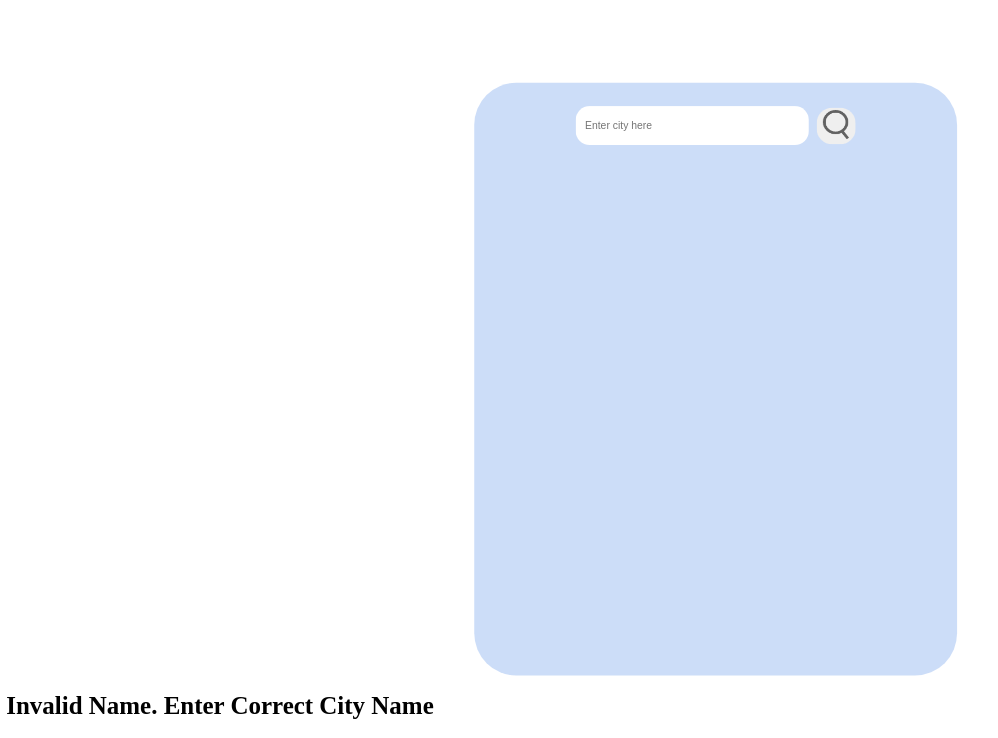
Repository: WajihaGul/Javascripts-Projects
Page: WEATHER APP/index.html
These files come from the project's save history. The page is drawn as it stood at one moment and after the next save; the edit follows.
The browser window is 1280 px wide. The pictures show the whole page, at 78% of full size.

Above is the page before, as saved 2024-06-07 20:33:14.

After the next save:
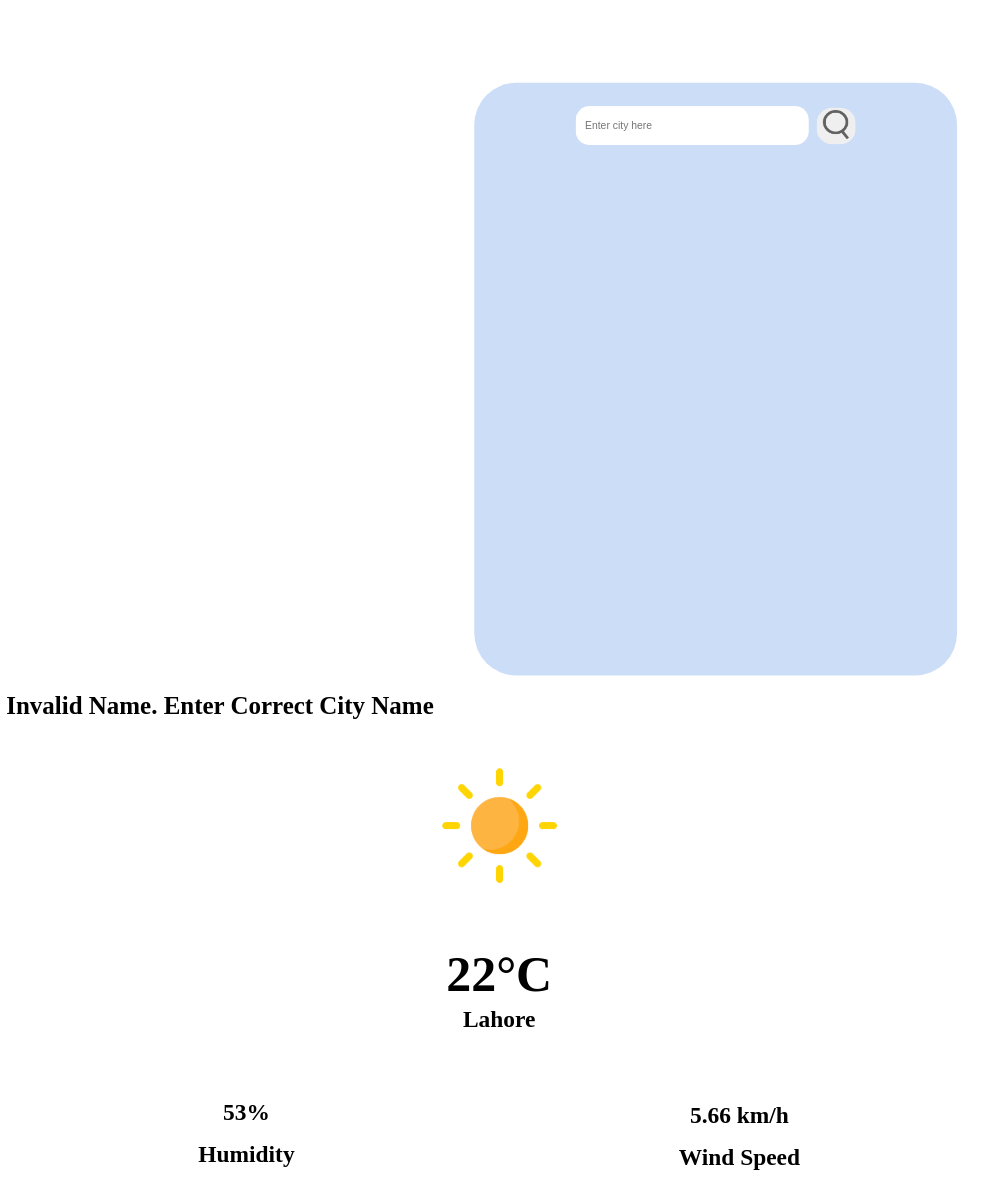
Saved 23 s later.
--- a/WEATHER APP/style.css
+++ b/WEATHER APP/style.css
@@ -25,9 +25,9 @@
     margin-left: 100px;
     margin-right: 100px;
 }
-.SecDiv{
+/* .SecDiv{
     display: none;
-}
+} */
 .btnimg{
     height: 38px;
     width: 34px;
